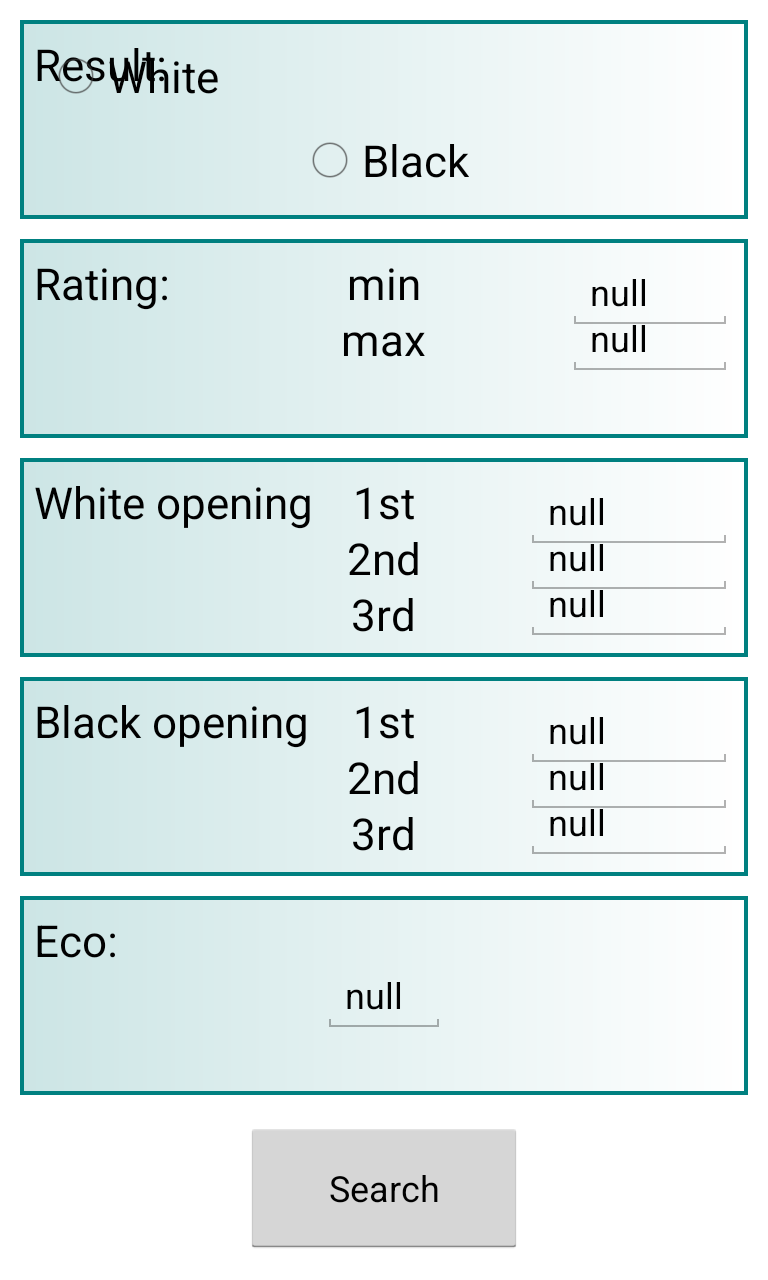
Repository: zyixc/ProjectChessV2
Layout: ChessMasters/res/layout/fragment_game_search_screen.xml
The author's editor kept a copy of each file at every save. The layout is drawn from the files as they stood at one save, then again after the next save.
It is drawn on a 768 x 1280 px phone screen (xhdpi) without system bars, with theme AppTheme; the app's code is not run.

Above is the layout before, as saved 2014-06-25 13:32:37.

After the next save:
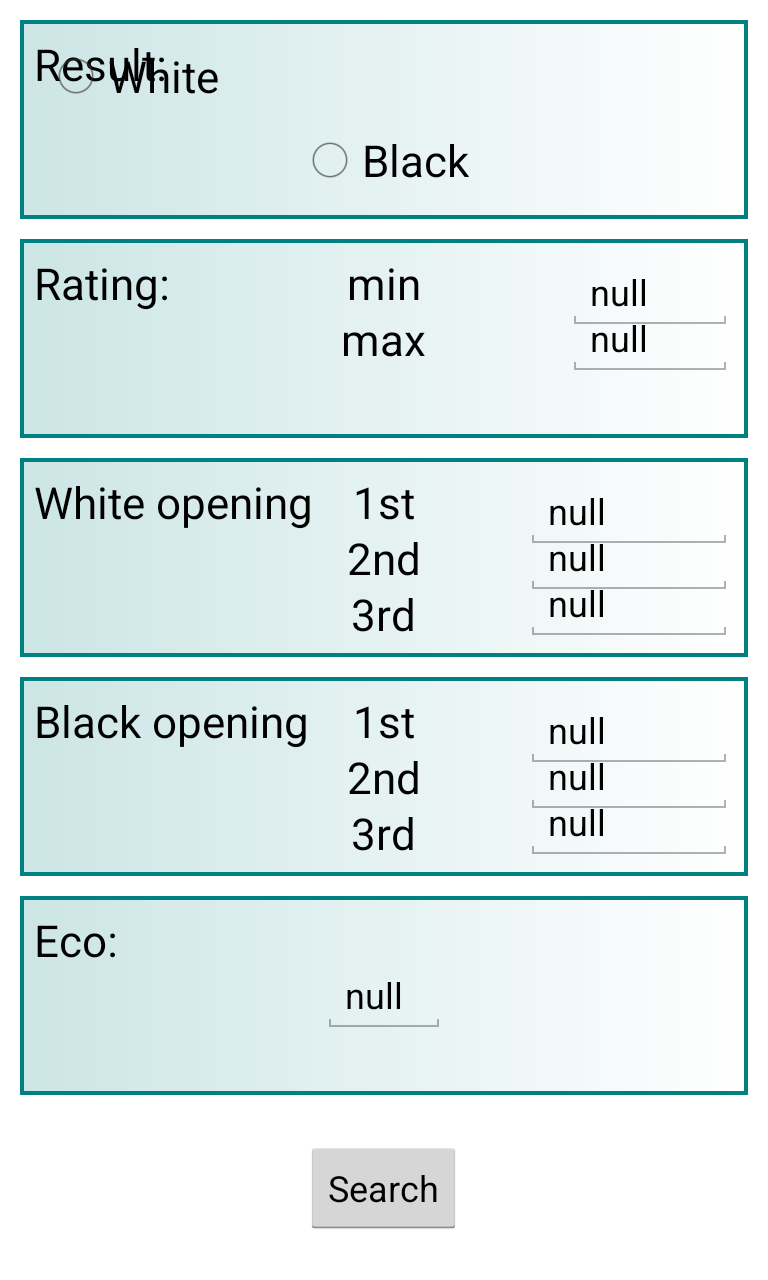
Saved 37 s later.
--- a/ChessMasters/res/layout/fragment_game_search_screen.xml
+++ b/ChessMasters/res/layout/fragment_game_search_screen.xml
@@ -262,10 +262,11 @@
         android:layout_weight="0.21">
 
         <Button
-            android:layout_width="140dp"
-            android:layout_height="67dp"
-            android:text="@string/game_search_screen_button_search"
             android:id="@+id/fGSS_Search_Button"
-            android:layout_gravity="center" />
+            android:layout_width="wrap_content"
+            android:layout_height="wrap_content"
+            android:layout_gravity="center"
+            android:text="@string/game_search_screen_button_search" />
+
     </FrameLayout>
 </LinearLayout>
